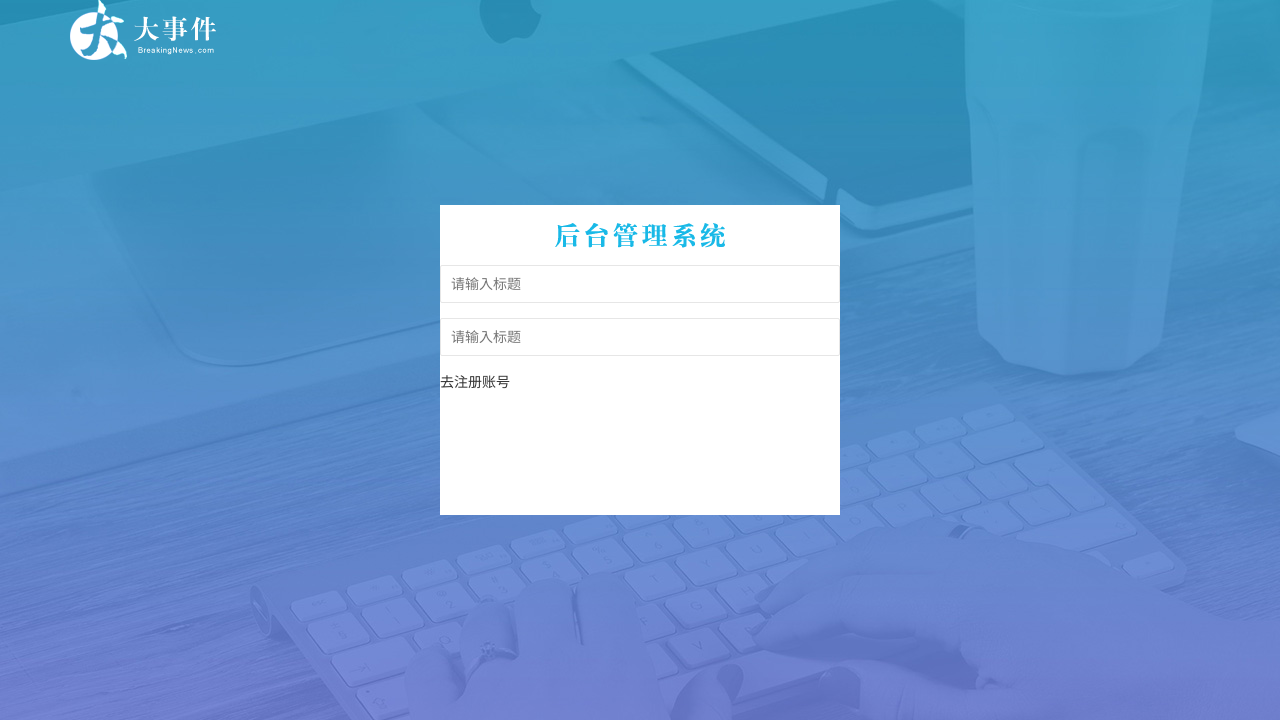
Repository: lithronmatic/web_bigbigevent
Page: login.html
The author's editor kept a copy of each file at every save. The page is drawn from the files as they stood at one save, then again after the next save.
The browser window is 1280 px wide. The pictures show the whole page.

Above is the page before, as saved 2022-08-23 12:01:53.

After the next save:
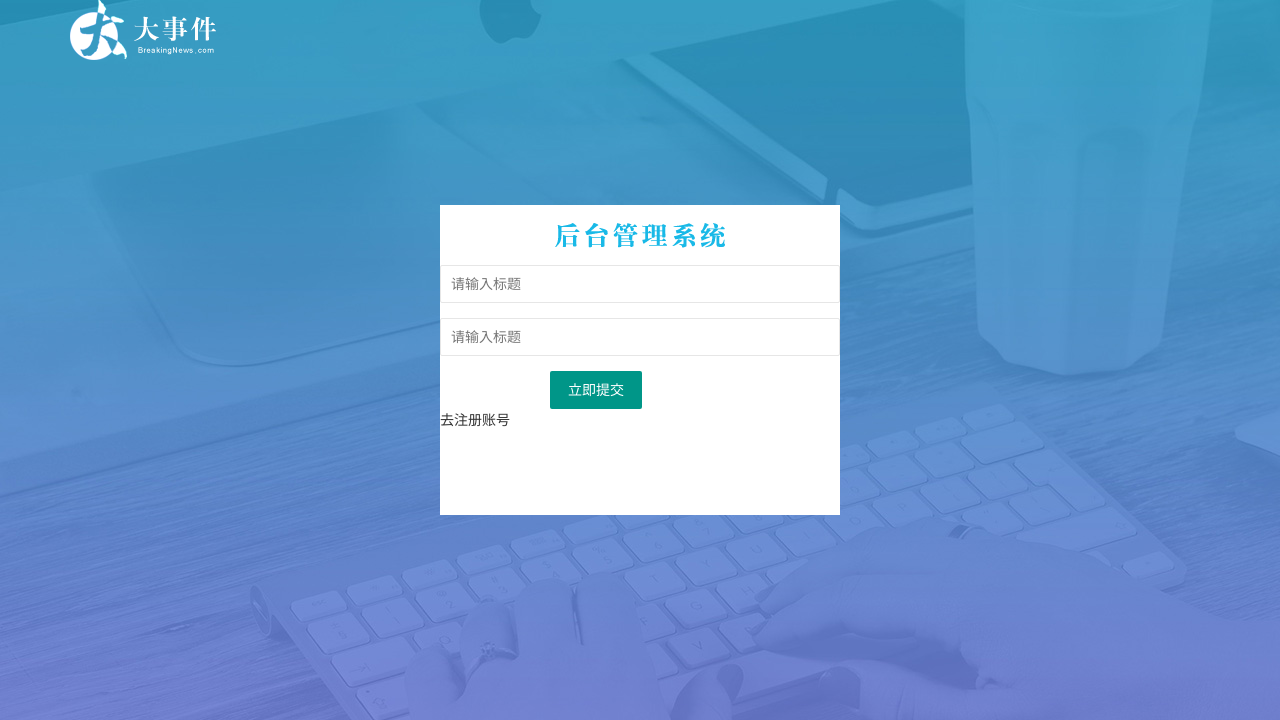
Saved 2 min 14 s later.
--- a/login.html
+++ b/login.html
@@ -33,6 +33,9 @@
                     <input type="text" name="title" required lay-verify="required" placeholder="请输入标题"
                         autocomplete="off" class="layui-input">
                 </div>
+                <div class="layui-input-block">
+                    <button class="layui-btn" lay-submit lay-filter="formDemo">立即提交</button>
+                  </div>
             </form>
             <a href="javascript:;" id="link_reg">去注册账号</a>
         </div>
